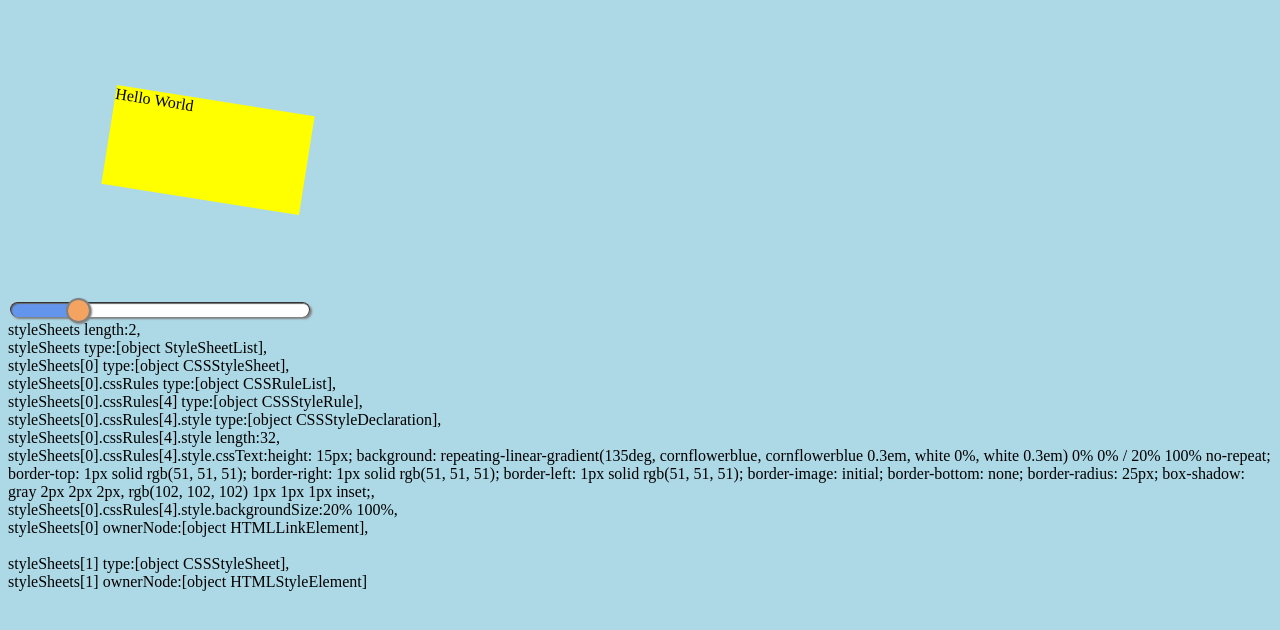
Repository: Jhin7782/HBuilder-Projects
Page: 【CSS】/动画/2d/transform/get-styleSheet.cssRules[i].style.html
The author's editor kept a copy of each file at every save. The page is drawn from the files as they stood at one save, then again after the next save.
The browser window is 1280 px wide. The pictures show the whole page.

Above is the page before, as saved 2017-06-13 15:22:59.

### 【CSS】/动画/2d/transform/get-styleSheet.cssRules[i].style.html
<!DOCTYPE html>
<html>
	<!--
		https://segmentfault.com/a/1190000004355197?_ea=580742
	-->
	<head>
		<meta charset="UTF-8" />
		<title></title>
		<link rel="stylesheet" type="text/css" href="css/input-range.css" />
		<style>
			div {
				margin: 100px;
				width: 200px;
				height: 100px;
				background-color: yellow;
				/* Rotate div */
				transform: rotate(9deg);
				-ms-transform: rotate(9deg);
				-moz-transform: rotate(9deg);
				-webkit-transform: rotate(9deg);
				-o-transform: rotate(9deg);
			}
		</style>
	</head>

	<body>

		<div>Hello World</div>
		<input type="range" id="rotateBox-slider" value="20" min="0" max="100" step="1" />

		<script type="text/javascript">
			var rotateBoxSlider = document.getElementById("rotateBox-slider");

			var styleSheets = document.styleSheets;
//			var styleSheet0 = styleSheets[0];
//			var styleSheet1 = styleSheets[1];
			var styleSheet0 = document.getElementsByTagName('link')[0].sheet;
			var styleSheet1 = document.getElementsByTagName('style')[0].sheet;
			document.writeln(
				" <br />styleSheets length:" + styleSheets.length +
				",<br />styleSheets type:" + styleSheets +
				",<br />styleSheets[0] type:" + styleSheet0 +
				",<br />styleSheets[0].cssRules type:" + styleSheet0.cssRules +
				",<br />styleSheets[0].cssRules[4] type:" + styleSheet0.cssRules[4] +
				",<br />styleSheets[0].cssRules[4].style type:" + styleSheet0.cssRules[4].style +
				",<br />styleSheets[0].cssRules[4].style length:" + styleSheet0.cssRules[4].style.length +
				",<br />styleSheets[0].cssRules[4].style.cssText:" + styleSheet0.cssRules[4].style.cssText +
				",<br />styleSheets[0].cssRules[4].style.backgroundSize:" + styleSheet0.cssRules[4].style.backgroundSize +
				",<br />styleSheets[0] ownerNode:" + styleSheet0.ownerNode +
				",<br /><br />styleSheets[1] type:" + styleSheet1 +
				",<br />styleSheets[1] ownerNode:" + styleSheet1.ownerNode
			);

			rotateBoxSlider.oninput = function() {
				console.log(this.value);
				styleSheet0.cssRules[4].style.backgroundSize = this.value + "% 100%";
				console.log(styleSheet0.cssRules[4].style.backgroundSize);
			}
		</script>
	</body>

</html>

### 【CSS】/动画/2d/transform/css/input-range.css
body {
	background: lightblue;
}

input[type=range]:focus {
	-webkit-tap-highlight-color: none;
	border: none;
	outline: none;
}

input[type=range] {
	-webkit-appearance: none;
	width: 300px;
	height: 15px;
	background: white;
	/*border: 1px solid #333;*/
	-webkit-border-radius: 25px;
	border-radius: 25px;
}

input[type=range]::-webkit-slider-thumb {
	-webkit-appearance: none;
	width: 25px;
	height: 25px;
	margin-top: -5px;
	background: sandybrown;
	border: 2px solid gray;
	-webkit-border-radius: 25px;
	border-radius: 25px;
	-webkit-box-shadow: 1px 1px 2px gray;
	box-shadow: 1px 1px 2px gray;
}

input[type=range]::-webkit-slider-runnable-track {
	height: 15px;
	background: repeating-linear-gradient(135deg, cornflowerblue, cornflowerblue 0.3em, white 0%, white 0.3em) no-repeat;
	background-size: 20% 100%;
	border: 1px solid #333;
	border-bottom: none;
	-webkit-border-radius: 25px;
	border-radius: 25px;
	-webkit-box-shadow: 2px 2px 2px gray, 1px 1px 1px #666 inset;
	box-shadow: 2px 2px 2px gray, 1px 1px 1px #666 inset;
}

After the next save:
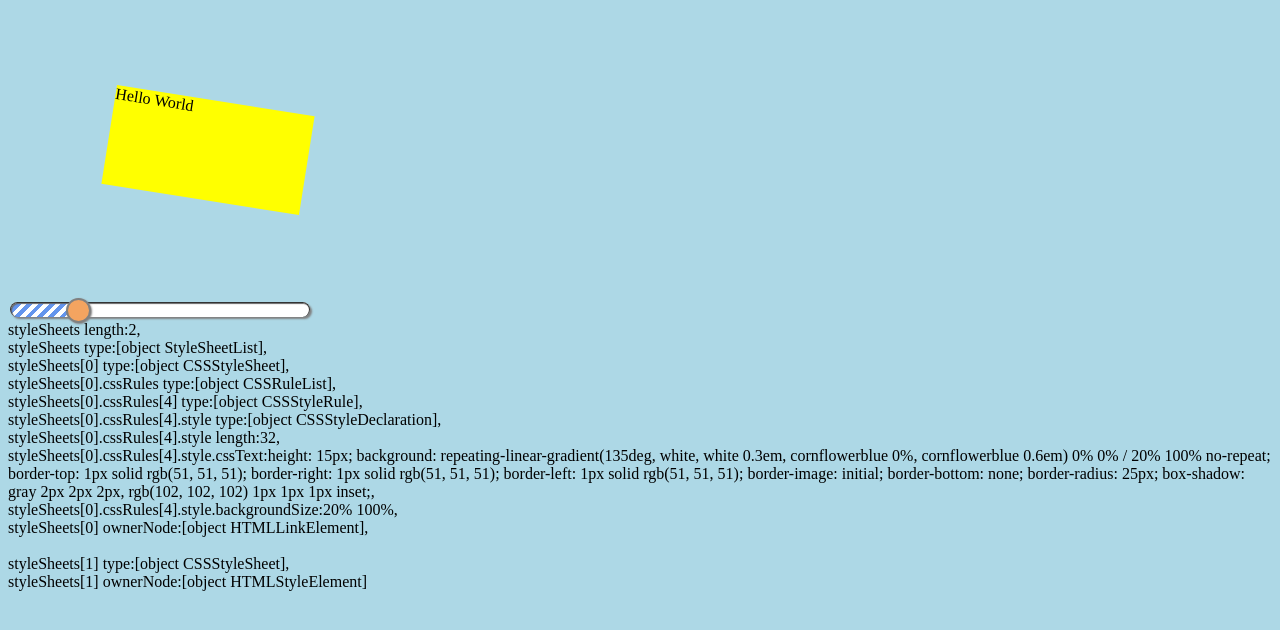
Saved 16 s later.
--- a/【CSS】/动画/2d/transform/css/input-range.css
+++ b/【CSS】/动画/2d/transform/css/input-range.css
@@ -33,7 +33,7 @@ input[type=range]::-webkit-slider-thumb {
 
 input[type=range]::-webkit-slider-runnable-track {
 	height: 15px;
-	background: repeating-linear-gradient(135deg, cornflowerblue, cornflowerblue 0.3em, white 0%, white 0.3em) no-repeat;
+	background: repeating-linear-gradient(135deg, white, white 0.3em, cornflowerblue 0%, cornflowerblue 0.6em) no-repeat;
 	background-size: 20% 100%;
 	border: 1px solid #333;
 	border-bottom: none;
